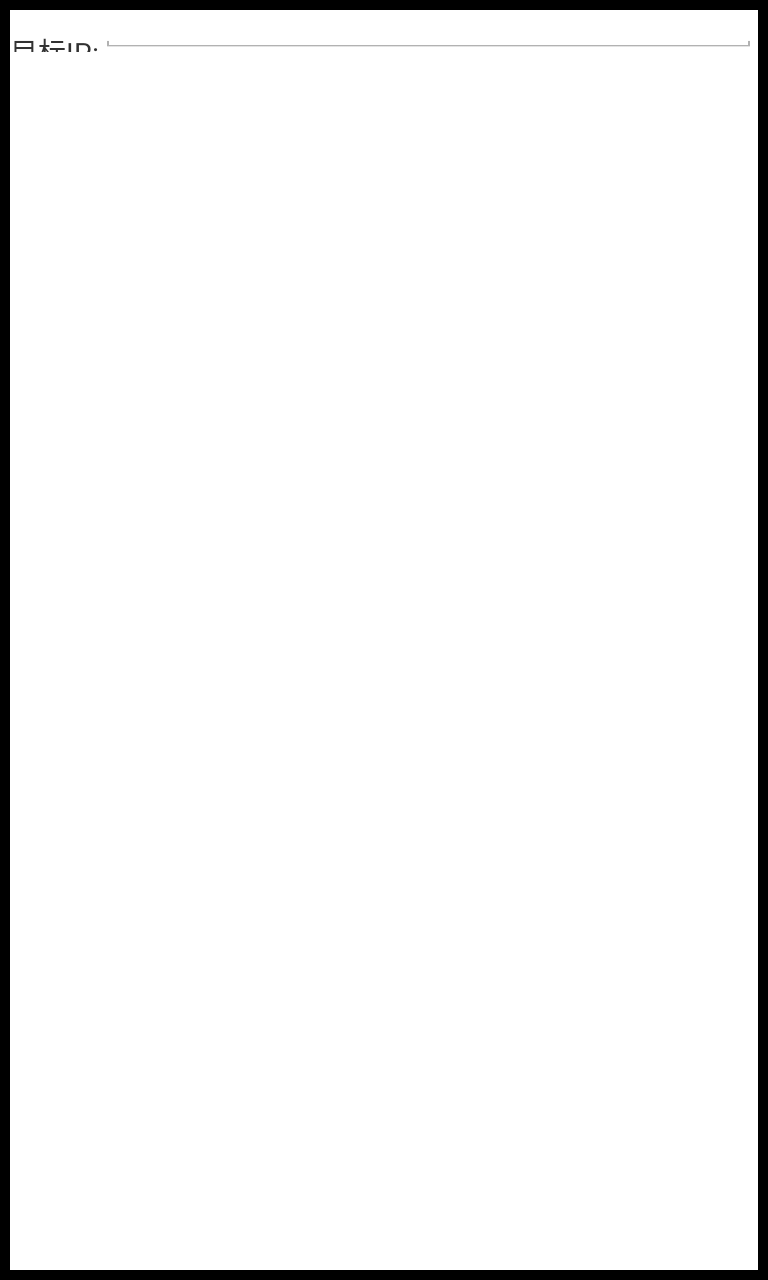
Repository: Ollyder/eclipse_work
Layout: WIFI_PM2.5(UI)/res/layout/activity_main.xml
These files come from the project's save history. The layout is drawn as it stood at one moment and after the next save; the edit follows.
It is drawn on a 768 x 1280 px phone screen (xhdpi) without system bars, with theme AppTheme; the app's code is not run.

Above is the layout before, as saved 2017-05-27 03:33:50.

### WIFI_PM2.5(UI)/res/layout/activity_main.xml
<LinearLayout xmlns:android="http://schemas.android.com/apk/res/android"
    android:layout_width="match_parent"
    android:layout_height="match_parent"
    android:orientation="horizontal"
    android:background="#000000"
   >

    <LinearLayout
        android:layout_width="0sp"
        android:layout_height="match_parent"
        android:layout_weight="1"
        android:background="#ffffff"
        android:orientation="vertical"
        android:layout_margin="5sp">

        <LinearLayout
            android:layout_width="match_parent"
            android:layout_height="wrap_content"
            android:orientation="horizontal" >

            <TextView
            	android:id="@+id/text_view"
            	android:layout_width="wrap_content"
            	android:layout_height="wrap_content"
            	android:text="目标IP:"/>
        	<EditText
            	android:id="@+id/edit_view"
            	android:layout_width="0sp"
            	android:layout_height="match_parent"
            	android:layout_weight="1"/>

        </LinearLayout>

    </LinearLayout>



</LinearLayout>

Loaded but not shown: WIFI_PM2.5(UI)/res/values/styles.xml (common file); WIFI_PM2.5(UI)/res/values-v11/styles.xml (common file); WIFI_PM2.5(UI)/res/values-v14/styles.xml (common file)

After the next save:
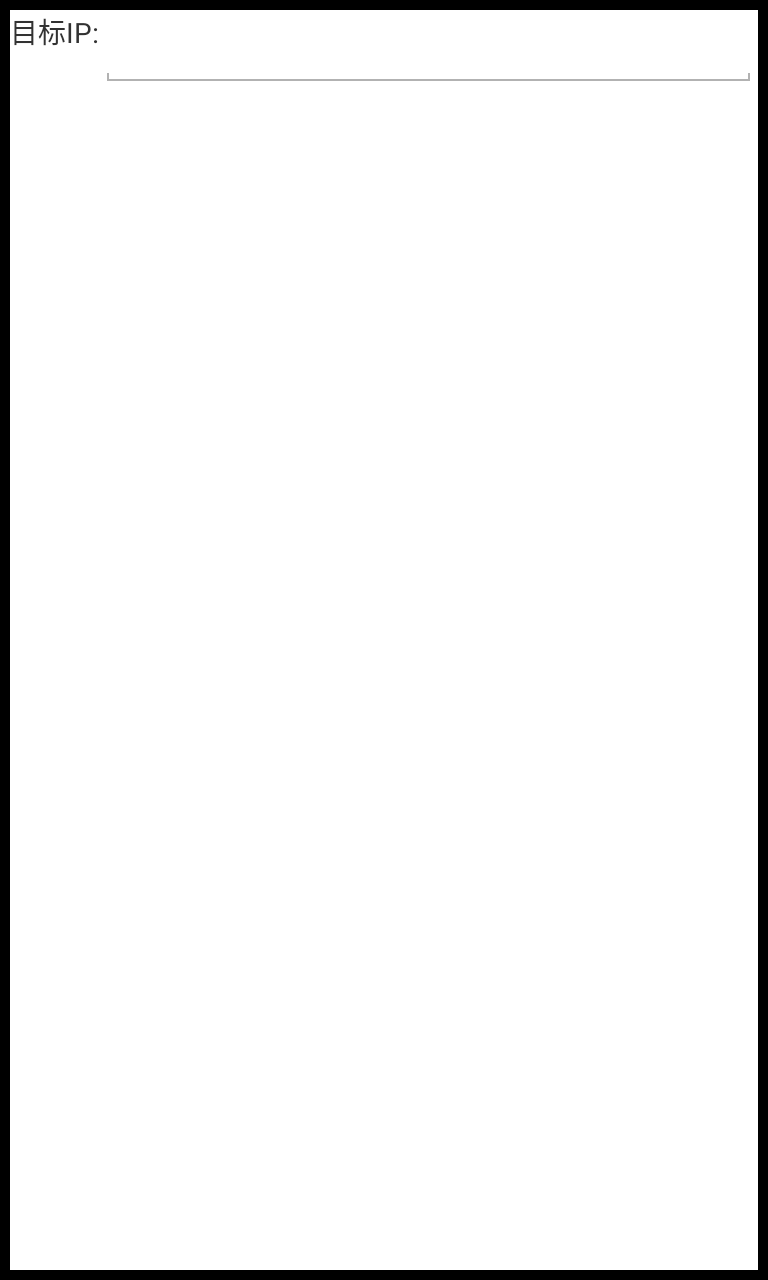
Saved 72 s later.
--- a/WIFI_PM2.5(UI)/res/layout/activity_main.xml
+++ b/WIFI_PM2.5(UI)/res/layout/activity_main.xml
@@ -19,10 +19,11 @@
             android:orientation="horizontal" >
 
             <TextView
-            	android:id="@+id/text_view"
-            	android:layout_width="wrap_content"
-            	android:layout_height="wrap_content"
-            	android:text="目标IP:"/>
+                android:id="@+id/text_view"
+                android:layout_width="wrap_content"
+                android:layout_height="match_parent"
+                android:text="目标IP:" />
+
         	<EditText
             	android:id="@+id/edit_view"
             	android:layout_width="0sp"
